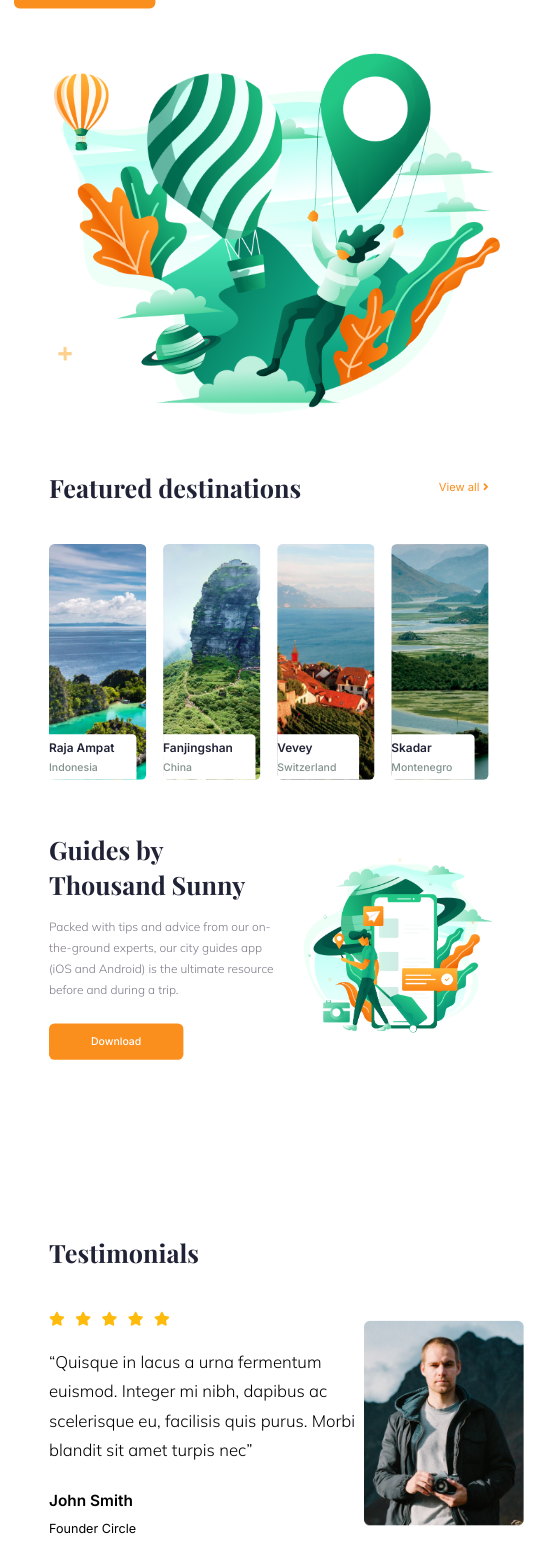
Repository: long5122000/sunny
Page: index.html
An editor plug-in stored every save of this project. The page is shown before and after the next save, followed by the edit.
The browser window is 768 px wide. The pictures show the part of the page from y = 1630 to 3870 px (the page is 5005 px tall), at 70% of full size.
The style sheet was rebuilt from its Sass, Less or Tailwind sources for each picture, by a compiler version that may differ from the author's.

Above is the page before, as saved 2021-11-25 20:24:50.

After the next save:
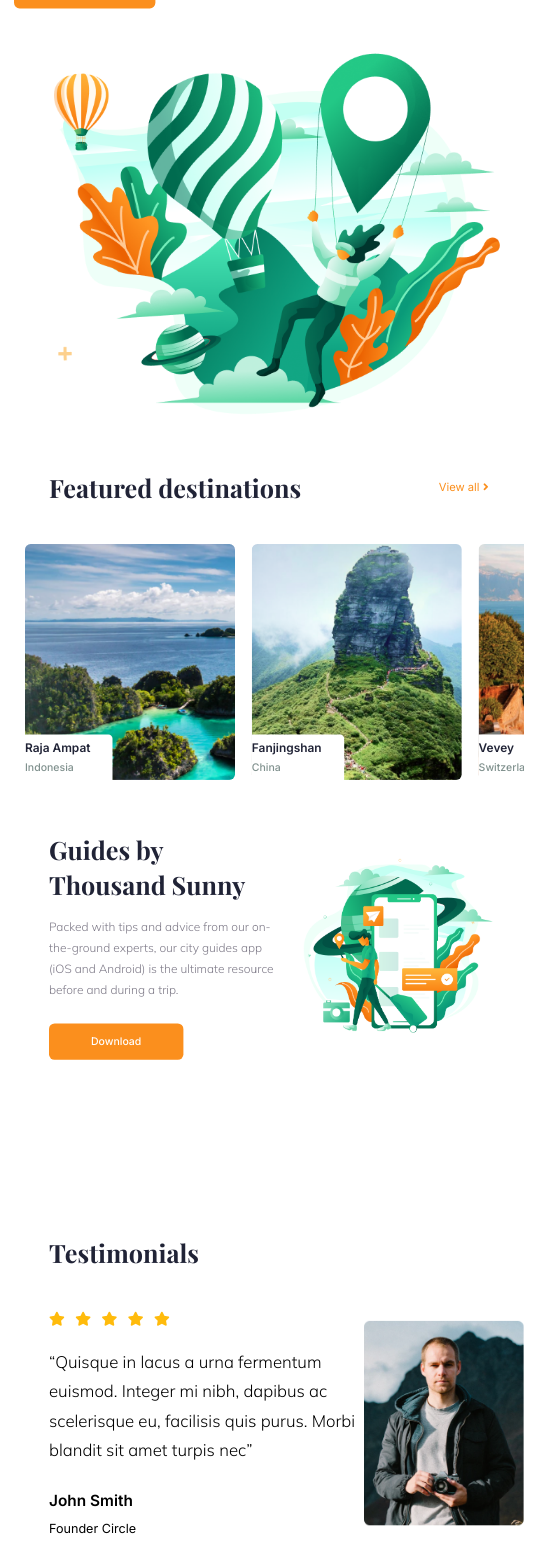
Saved 2 min 39 s later.
--- a/sass/_destination.scss
+++ b/sass/_destination.scss
@@ -56,7 +56,7 @@
     &-list {
       display: grid;
       justify-content: flex-start;
-      grid-auto-columns: 300;
+      grid-auto-columns: 300px;
       grid-auto-flow: column;
       grid-gap: 1.5rem;
       overflow: auto;
